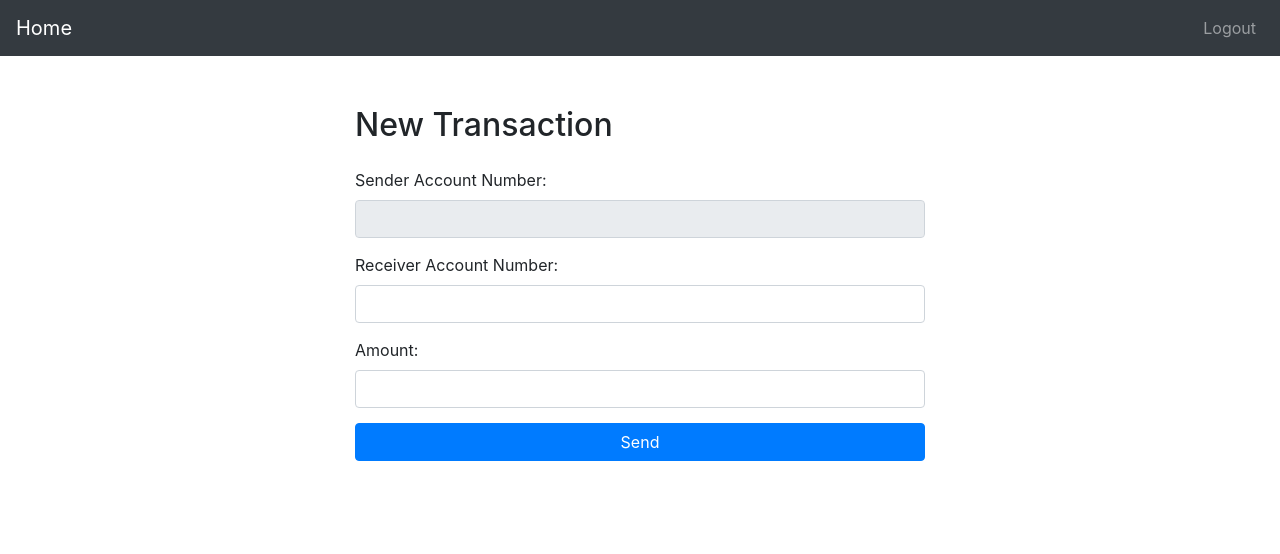
Repository: bhatideepak599/JspServlets
Page: http://localhost/11-bank-application/new-transaction.jsp
These files come from the project's save history. The page is drawn as it stood at one moment and after the next save; the edit follows.
The browser window is 1280 px wide. The pictures show the whole page.
The page is served by Tomcat 9.

Above is the page before, as saved 2024-07-22 13:58:07.

After the next save:
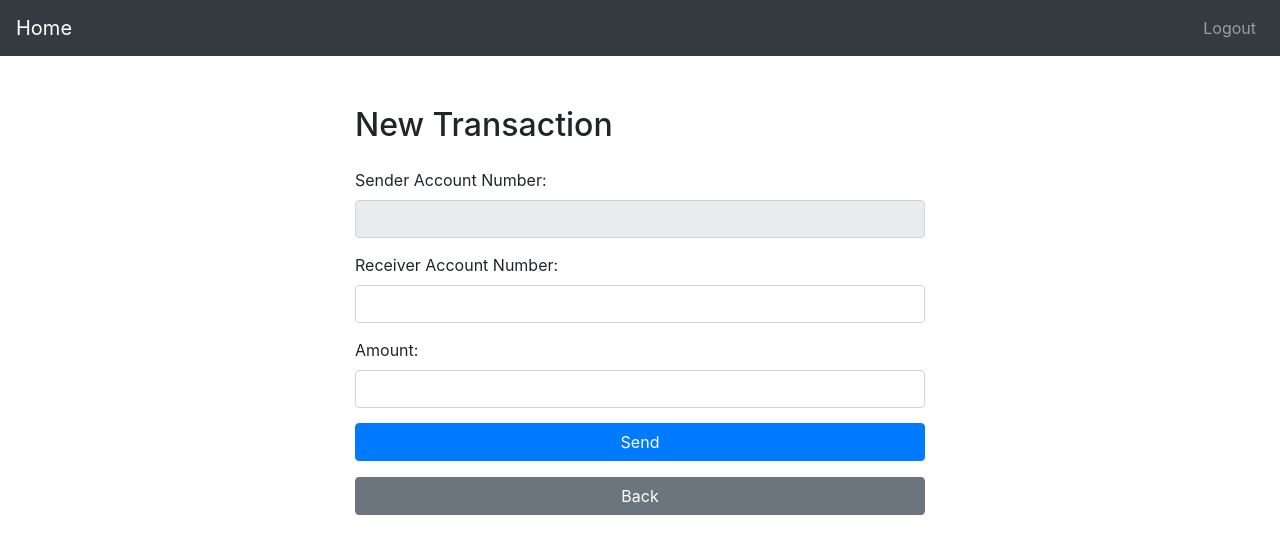
Saved 61 s later.
--- a/11-bank-application/WebContent/new-transaction.jsp
+++ b/11-bank-application/WebContent/new-transaction.jsp
@@ -44,7 +44,11 @@
             <label for="amount">Amount:</label>
             <input type="number" class="form-control" id="amount" name="amount" required>
         </div>
-        <button type="submit" class="btn btn-primary">Send</button>
+         <div class="text-center">
+		<button type="submit" class="btn btn-primary">Send</button>
+		<button type="button" class="btn btn-secondary mt-3" onclick="window.history.back();">Back</button>
+		</div>
+
     </form>
 </div>
 
